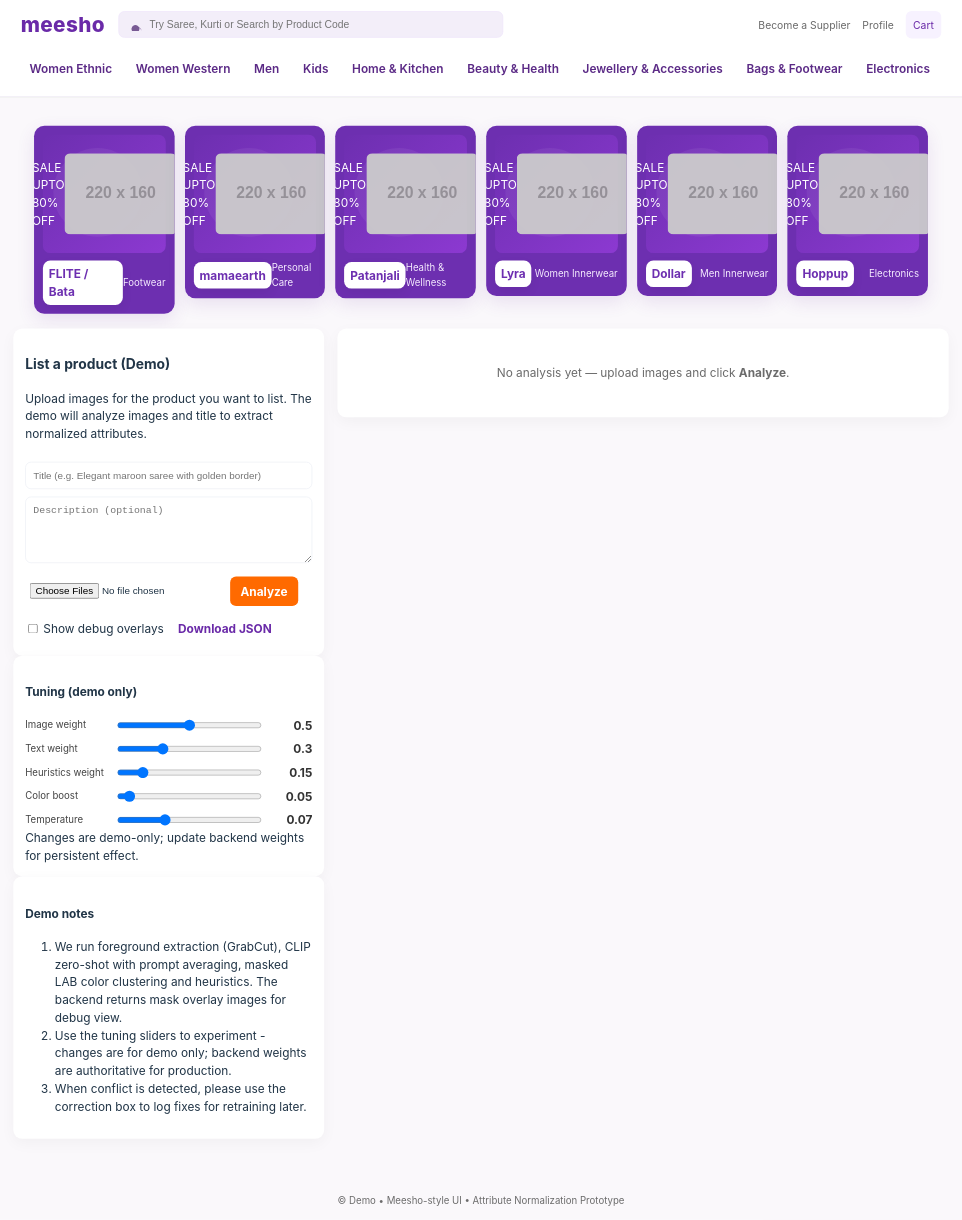
Repository: mazerunner1001/DICE-Hackathon--Semantic-Attribute-Normalization-with-Generative-AI-and-Seller-Feedback-Loops
Page: / (app in frontend/)
The author's editor kept a copy of each file at every save. The page is drawn from the files as they stood at one save, then again after the next save.
The browser window is 1280 px wide. The page is 1300 px wide, then 1280 px, so the pictures cover 1300 px, including what lies to the right of the window. The pictures show the whole page, at 74% of full size.
The project was rebuilt for these pictures with package versions that can differ from the ones it lists, and the page was loaded fresh each time. Also part of the build but not shown: frontend/vite.config.js.

Above is the page before, as saved 2025-09-21 22:08:55.

### frontend/src/App.jsx
// src/App.jsx
import React, { useState, useEffect, useRef } from "react";
import axios from "axios";
import "./App.css";

/*
  Meesho-themed Demo Frontend
  - Upload images + title/description
  - Sends to backend /analyze
  - Displays per-image mask overlay + attributes
  - Allows corrections to be submitted to /correct
  - Tuning sliders for weights and temperature (sends only to UI; edit backend to use)
*/

function PriceTag() {
  return <div className="sale-tag">SALE<br/><span>UPTO 80% OFF</span></div>;
}

function Header({ search, setSearch }) {
  return (
    <header className="mh-header">
      <div className="mh-topbar">
        <div className="mh-logo">meesho</div>
        <div className="mh-search">
          <svg width="18" height="18" viewBox="0 0 24 24" className="search-icon"><path fill="#6b4b8a" d="M21 20l-5.6-5.6A7.5 7.5 0 1 0 18.5 18.5L24 24z"></path></svg>
          <input
            value={search}
            onChange={(e) => setSearch(e.target.value)}
            placeholder="Try Saree, Kurti or Search by Product Code"
          />
        </div>
        <div className="mh-actions">
          <div className="link">Become a Supplier</div>
          <div className="link">Profile</div>
          <div className="cart">Cart</div>
        </div>
      </div>

      <nav className="mh-nav">
        <div className="nav-scroll">
          {["Women Ethnic","Women Western","Men","Kids","Home & Kitchen","Beauty & Health","Jewellery & Accessories","Bags & Footwear","Electronics"].map((c) => (
            <button key={c} className="nav-chip">{c}</button>
          ))}
        </div>
      </nav>
    </header>
  );
}

function CategoryCarousel() {
  // static demo tiles (visual flair)
  const tiles = [
    { title: "Footwear", brand: "FLITE / Bata" },
    { title: "Personal Care", brand: "mamaearth" },
    { title: "Health & Wellness", brand: "Patanjali" },
    { title: "Women Innerwear", brand: "Lyra" },
    { title: "Men Innerwear", brand: "Dollar" },
    { title: "Electronics", brand: "Hoppup" }
  ];
  return (
    <div className="carousel">
      {tiles.map((t,i)=>(
        <div className="carousel-card" key={i}>
          <div className="carousel-art">
            <PriceTag />
            <div className="hero-circle" />
            <img alt={t.title} src={`https://via.placeholder.com/220x160.png?text=${encodeURIComponent(t.title)}`} />
          </div>
          <div className="carousel-footer">
            <div className="brand-pill">{t.brand}</div>
            <div className="cat-text">{t.title}</div>
          </div>
        </div>
      ))}
    </div>
  );
}

function TuningPanel({ weights, setWeights, temperature, setTemperature }) {
  return (
    <div className="tuning card">
      <h4>Tuning (demo only)</h4>
      <div className="tuning-row">
        <label>Image weight</label>
        <input type="range" min="0" max="1" step="0.01" value={weights.img} onChange={e=>setWeights({...weights, img: parseFloat(e.target.value)})}/>
        <div className="tval">{weights.img}</div>
      </div>
      <div className="tuning-row">
        <label>Text weight</label>
        <input type="range" min="0" max="1" step="0.01" value={weights.text} onChange={e=>setWeights({...weights, text: parseFloat(e.target.value)})}/>
        <div className="tval">{weights.text}</div>
      </div>
      <div className="tuning-row">
        <label>Heuristics weight</label>
        <input type="range" min="0" max="1" step="0.01" value={weights.heur} onChange={e=>setWeights({...weights, heur: parseFloat(e.target.value)})}/>
        <div className="tval">{weights.heur}</div>
      </div>
      <div className="tuning-row">
        <label>Color boost</label>
        <input type="range" min="0" max="1" step="0.01" value={weights.color} onChange={e=>setWeights({...weights, color: parseFloat(e.target.value)})}/>
        <div className="tval">{weights.color}</div>
      </div>
      <div className="tuning-row">
        <label>Temperature</label>
        <input type="range" min="0.01" max="0.2" step="0.01" value={temperature} onChange={e=>setTemperature(parseFloat(e.target.value))}/>
        <div className="tval">{temperature}</div>
      </div>
      <div className="hint">Changes are demo-only; update backend weights for persistent effect.</div>
    </div>
  );
}

export default function App() {
  const [search, setSearch] = useState("");
  const [title, setTitle] = useState("");
  const [desc, setDesc] = useState("");
  const [files, setFiles] = useState([]);
  const [previews, setPreviews] = useState([]);
  const [resp, setResp] = useState(null);
  const [loading, setLoading] = useState(false);
  const [weights, setWeights] = useState({img:0.5, text:0.3, heur:0.15, color:0.05});
  const [temperature, setTemperature] = useState(0.07);
  const [correctionSelection, setCorrectionSelection] = useState("");
  const [debugMode, setDebugMode] = useState(false);
  const [errorMsg, setErrorMsg] = useState("");
  const previewRef = useRef([]);

  useEffect(() => {
    return () => {
      // revoke object URLs on unmount
      previews.forEach(u => URL.revokeObjectURL(u));
    };
  }, [previews]);

  function handleFiles(e) {
    const f = Array.from(e.target.files).slice(0,6); // limit demo to 6 images
    setFiles(f);
    const urls = f.map(file => URL.createObjectURL(file));
    setPreviews(urls);
  }

  async function handleAnalyze() {
    if (!title && !desc) { setErrorMsg("Add a title or description for better text signals"); }
    if (files.length === 0) { alert("Please upload at least one image"); return; }
    setLoading(true); setResp(null); setErrorMsg("");
    const fd = new FormData();
    fd.append("title", title);
    fd.append("description", desc);
    files.forEach(f => fd.append("files", f, f.name));
    // optional: include tuning params to suggest backend use them (backend must accept)
    fd.append("temperature", temperature);
    fd.append("weights", JSON.stringify(weights));
    try {
      const r = await axios.post("http://localhost:8000/analyze", fd, { headers: {"Content-Type":"multipart/form-data"}, timeout: 180000 });
      setResp(r.data);
      setCorrectionSelection(r.data.final_category?.value || "");
    } catch (err) {
      console.error(err);
      setErrorMsg("Analysis failed: " + (err.response?.data || err.message));
    } finally { setLoading(false); }
  }

  async function submitCorrection() {
    if (!correctionSelection) { alert("Select a category to correct"); return; }
    const fd = new FormData();
    fd.append("original_title", title || "");
    fd.append("corrected_category", correctionSelection);
    fd.append("notes", "Corrected via demo UI");
    fd.append("filename", files[0]?.name || "");
    try {
      await axios.post("http://localhost:8000/correct", fd);
      alert("Correction logged. Thank you!");
    } catch (err) {
      console.error(err);
      alert("Failed to submit correction");
    }
  }

  function downloadJson() {
    if (!resp) return;
    const blob = new Blob([JSON.stringify(resp, null, 2)], {type: "application/json"});
    const url = URL.createObjectURL(blob);
    const a = document.createElement("a");
    a.href = url; a.download = "analysis_result.json"; a.click();
    URL.revokeObjectURL(url);
  }

  return (
    <div className="app">
      <Header search={search} setSearch={setSearch} />
      <main className="main">
        <CategoryCarousel />
        <div className="layout">
          <div className="left-col">
            <section className="card upload-card">
              <h3>List a product (Demo)</h3>
              <p className="muted">Upload images for the product you want to list. The demo will analyze images and title to extract normalized attributes.</p>
              <input type="text" placeholder="Title (e.g. Elegant maroon saree with golden border)" value={title} onChange={e=>setTitle(e.target.value)} />
              <textarea placeholder="Description (optional)" value={desc} onChange={e=>setDesc(e.target.value)} />
              <div className="file-row">
                <input type="file" accept="image/*" multiple onChange={handleFiles} />
                <button className="primary" onClick={handleAnalyze} disabled={loading}>{loading ? "Analyzing…" : "Analyze"}</button>
              </div>
              <div className="thumbs-grid">
                {previews.map((u,i)=>(
                  <div className="thumb-wrap" key={i}>
                    <img src={u} alt={"preview-"+i} className="thumb" />
                    <div className="thumb-meta">{files[i]?.name}</div>
                  </div>
                ))}
              </div>

              <div className="small-row">
                <label className="small-label"><input type="checkbox" checked={debugMode} onChange={e=>setDebugMode(e.target.checked)} /> Show debug overlays</label>
                <button className="link-btn" onClick={downloadJson} disabled={!resp}>Download JSON</button>
              </div>

              {errorMsg && <div className="error">{errorMsg}</div>}
            </section>

            <TuningPanel weights={weights} setWeights={setWeights} temperature={temperature} setTemperature={setTemperature} />

            <section className="card help">
              <h4>Demo notes</h4>
              <ol>
                <li>We run foreground extraction (GrabCut), CLIP zero-shot with prompt averaging, masked LAB color clustering and heuristics. The backend returns mask overlay images for debug view.</li>
                <li>Use the tuning sliders to experiment - changes are for demo only; backend weights are authoritative for production.</li>
                <li>When conflict is detected, please use the correction box to log fixes for retraining later.</li>
              </ol>
            </section>
          </div>

          <div className="right-col">
            {!resp && <div className="card placeholder">No analysis yet — upload images and click <b>Analyze</b>.</div>}

            {resp && (
              <div className="card result">
                <div className="result-head">
                  <div>
                    <h3 className="final-cat">{resp.final_category.value}</h3>
                    <div className="meta">Confidence: {(resp.final_category.confidence*100).toFixed(1)}% • Text top: {resp.final_category.top_from_text} ({(resp.final_category.text_score*100).toFixed(1)}%)</div>
                  </div>
                  <div>
                    <button className="primary" onClick={downloadJson}>Download JSON</button>
                  </div>
                </div>

                {resp.conflict_flag && <div className="conflict-flag">⚠️ Conflict detected between image & text. Suggest correction below.</div>}

                <div className="labels-row">
                  <h4>Top Predictions</h4>
                  <div className="label-strip">
                    {resp.per_label.slice(0,8).map(([l, s], idx) => (
                      <div key={idx} className="label-pill">
                        <div className="lp-name">{l}</div>
                        <div className="lp-score">{(s*100).toFixed(1)}%</div>
                      </div>
                    ))}
                  </div>
                </div>

                <div className="images-results">
                  {resp.images.map((img,i)=>(
                    <div key={i} className="img-result-card">
                      <div className="img-left">
                        <div className="img-stack">
                          <img src={previews[i]} alt={"orig-"+i} className="orig" />
                          {debugMode && <img src={img.mask_overlay} className="overlay" alt="overlay" />}
                          {!debugMode && <img src={img.mask_overlay} className="overlay blurred" alt="overlay" />}
                        </div>
                      </div>
                      <div className="img-right">
                        <div className="row">
                          <div className="col">
                            <strong>Top image labels</strong>
                            {img.category_probs.slice(0,4).map((p, k)=>(
                              <div key={k} className="prob"><span className="pname">{p[0]}</span> <span className="pscore">{(p[1]*100).toFixed(1)}%</span></div>
                            ))}
                          </div>
                          <div className="col">
                            <strong>Colors (masked)</strong>
                            <div className="color-chip-row">
                              {img.colors.map((c, idx)=>(
                                <div key={idx} className="color-chip">
                                  <div className="color-swatch" style={{background:`rgb(${c.rgb[0]},${c.rgb[1]},${c.rgb[2]})`}} />
                                  <div className="color-meta"><div className="cname">{c.mapped_color}</div><div className="cconf">{(c.confidence*100).toFixed(0)}%</div></div>
                                </div>
                              ))}
                            </div>
                          </div>
                        </div>

                        <div className="row heur">
                          <div><strong>Heuristics</strong></div>
                          <div className="heur-list">
                            {Object.entries(img.heuristics).slice(0,4).map(([k,v], idx)=>(<div key={idx} className="heur-item">{k}: {(v*100).toFixed(0)}%</div>))}
                          </div>
                        </div>

                        <div className="row actions">
                          <button className="secondary" onClick={()=>{ navigator.clipboard.writeText(JSON.stringify(img, null, 2)); alert("Image JSON copied"); }}>Copy image JSON</button>
                        </div>

                      </div>
                    </div>
                  ))}
                </div>

                {resp.conflict_flag && (
                  <div className="correction-box">
                    <h4>Seller Correction</h4>
                    <div className="corr-row">
                      <select value={correctionSelection} onChange={(e)=>setCorrectionSelection(e.target.value)}>
                        {["saree","lehenga","kurti","jeans","t-shirt","dress","blouse","jacket","men's accessory"].map(c=> <option key={c} value={c}>{c}</option>)}
                      </select>
                      <button className="primary" onClick={submitCorrection}>Submit Correction</button>
                    </div>
                  </div>
                )}

                <details className="json-details"><summary>Raw JSON</summary><pre>{JSON.stringify(resp, null, 2)}</pre></details>
              </div>
            )}
          </div>
        </div>
      </main>

      <footer className="footer">
        <div>© Demo • Meesho-style UI • Attribute Normalization Prototype</div>
      </footer>
    </div>
  );
}

### frontend/src/App.css
/* src/App.css - Meesho-like visual theme & layout */

/* Basic resets */
* { box-sizing: border-box; }
html,body,#root { height:100%; margin:0; font-family: Inter, "Segoe UI", Roboto, Arial, sans-serif; }
.app { min-height:100vh; display:flex; flex-direction:column; background:#faf8fb; }

/* Header */
.mh-header { background: #ffffff; border-bottom: 1px solid #eee; position:sticky; top:0; z-index:30; }
.mh-topbar { display:flex; align-items:center; gap:18px; padding:12px 28px; }
.mh-logo { color:#6a2aa8; font-weight:800; font-size:28px; letter-spacing:0.5px; }
.mh-search { display:flex; align-items:center; gap:8px; background:#f3eef9; padding:8px 12px; border-radius:8px; width:520px; border:1px solid #efe6fb; }
.mh-search input { border:none; outline:none; background:transparent; width:100%; color:#4a245d; font-size:14px; }
.search-icon { margin-left:2px; opacity:0.9; }
.mh-actions { margin-left:auto; display:flex; gap:16px; align-items:center; color:#6b6b6b; font-size:14px; }
.mh-actions .cart { background:#f7f2ff; color:#6a2aa8; padding:8px 10px; border-radius:8px; }

/* nav chip row */
.mh-nav { padding:8px 28px 14px 28px; background:linear-gradient(180deg, #fff, #fff); border-bottom: 1px solid #f0edf6; }
.nav-scroll { display:flex; gap:8px; overflow-x:auto; padding-bottom:6px; }
.nav-chip { background:transparent; border:none; padding:8px 12px; border-radius:18px; color:#5b2a86; font-weight:600; cursor:pointer; }

/* Carousel (purple tiles) */
.carousel { display:flex; gap:14px; padding:20px 28px; overflow-x:auto; align-items:flex-start; }
.carousel-card { width:220px; background:#6d2fb0; color:white; border-radius:14px; padding:12px; box-shadow: 0 8px 24px rgba(105,48,154,0.12); position:relative; overflow:hidden; }
.carousel-art { height:160px; position:relative; display:flex; align-items:center; justify-content:center; border-radius:10px; background:linear-gradient(135deg,#6d2fb0,#8c39d1); }
.carousel-art img { width:160px; height:110px; object-fit:cover; border-radius:8px; opacity:0.95; }
.hero-circle { position:absolute; width:120px; height:120px; border-radius:50%; background: rgba(255,255,255,0.06); left:14px; top:18px; transform:rotate(12deg); }
.carousel-footer { margin-top:10px; display:flex; justify-content:space-between; align-items:center; }
.brand-pill { background:white; color:#6d2fb0; padding:6px 8px; border-radius:10px; font-weight:700; box-shadow: 0 6px 16px rgba(0,0,0,0.06); }
.cat-text { font-size:13px; color:#f6ecff; }

/* main layout */
.main { width:100%; max-width:1300px; margin:18px auto; padding:0 18px 40px; }
.layout { display:grid; grid-template-columns: 420px 1fr; gap:18px; align-items:start; }

/* cards */
.card { background:white; border-radius:12px; padding:16px; box-shadow:0 6px 20px rgba(18,18,18,0.04); }
.upload-card input[type="text"], .upload-card textarea, .upload-card select { width:100%; padding:10px; border-radius:8px; border:1px solid #eef0f6; margin-top:10px; }
.upload-card textarea { min-height:90px; resize:vertical; }
.file-row { display:flex; gap:12px; align-items:center; margin-top:12px; }
.file-row input[type="file"] { padding:6px; }
.primary { background:#ff6a00; color:white; border:none; padding:10px 14px; border-radius:8px; cursor:pointer; font-weight:700; }
.secondary { background:#fff; color:#6b4b8a; border:1px solid #eee; padding:8px 12px; border-radius:8px; cursor:pointer; }
.link-btn { background:transparent; border:none; color:#6a2aa8; cursor:pointer; font-weight:700; }

/* thumbs */
.thumbs-grid { display:flex; gap:10px; margin-top:12px; flex-wrap:wrap; }
.thumb-wrap { width:96px; }
.thumb { width:96px; height:96px; object-fit:cover; border-radius:8px; border:1px solid #f0eff6; }

/* tuning panel */
.tuning .tuning-row { display:flex; align-items:center; gap:12px; margin-top:8px; }
.tuning-row label { width:110px; font-size:13px; color:#444; }
.tuning-row input[type="range"] { flex:1; }
.tval { width:54px; text-align:right; font-weight:700; color:#333; }

/* result column */
.right-col .placeholder { padding:48px; text-align:center; color:#6b6b6b; }
.result { padding:18px; }
.result-head { display:flex; justify-content:space-between; align-items:center; gap:12px; }
.final-cat { color:#6a2aa8; margin:0; text-transform:capitalize; }
.per-labels { margin-top:10px; }
.label-strip { display:flex; gap:10px; margin-top:6px; flex-wrap:wrap; }
.label-pill { background:#fff6fb; border:1px solid #f1e6fa; padding:6px 12px; border-radius:999px; display:flex; gap:12px; align-items:center; }
.lp-name { color:#6a2aa8; font-weight:700; text-transform:capitalize; }
.lp-score { background:#fff; border-radius:6px; padding:4px 6px; color:#6a2aa8; font-weight:700; }

/* images results */
.images-results { margin-top:12px; display:flex; flex-direction:column; gap:12px; }
.img-result-card { display:flex; gap:12px; padding:8px; border-radius:10px; border:1px solid #f4f2f6; }
.img-left { width:320px; flex-shrink:0; }
.img-stack { position:relative; width:320px; height:220px; overflow:hidden; border-radius:8px; background:#fafafa; }
.img-stack img.orig { width:100%; height:100%; object-fit:cover; display:block; }
.img-stack img.overlay { position:absolute; left:0; top:0; width:100%; height:100%; object-fit:cover; mix-blend-mode:overlay; opacity:0.95; pointer-events:none; }
.img-stack img.blurred { filter: blur(2px) brightness(0.9); opacity:0.28; }

.img-right { flex:1; display:flex; flex-direction:column; gap:8px; }
.img-right .row { display:flex; gap:12px; }
.col { flex:1; }
.prob { display:flex; justify-content:space-between; padding:6px 0; border-bottom:1px dashed #f5f3f7; font-size:13px; }
.color-chip-row { display:flex; gap:10px; margin-top:8px; flex-wrap:wrap; }
.color-chip { display:flex; align-items:center; gap:10px; background:#fff; padding:6px 8px; border-radius:8px; border:1px solid #f4f2f6; }
.color-swatch { width:34px; height:24px; border-radius:6px; border:1px solid rgba(0,0,0,0.06); }
.cname { font-weight:700; color:#333; }
.cconf { color:#777; font-size:12px; margin-left:6px; }

/* heuristics & actions */
.heur { margin-top:6px; }
.heur-list { display:flex; gap:10px; flex-wrap:wrap; margin-top:6px; }
.heur-item { background:#fbfbff; padding:6px 8px; border-radius:6px; font-size:13px; color:#6a2aa8; }

/* conflict and correction */
.conflict-flag { background:#fff4e6; color:#9a3e00; padding:8px; border-radius:8px; margin-top:12px; border-left:4px solid #ff7a00; }
.correction-box { margin-top:12px; display:flex; gap:12px; align-items:center; }
.corr-row select { padding:10px; border-radius:8px; border:1px solid #eef0f6; }
.corr-row button { padding:10px 12px; }

.json-details pre { max-height:280px; overflow:auto; background:#0f1724; color:#e6eef8; padding:10px; border-radius:8px; }

/* footer */
.footer { margin-top:auto; padding:16px 28px; color:#6b6b6b; font-size:13px; text-align:center; }

/* responsive */
@media (max-width: 980px) {
  .layout { grid-template-columns: 1fr; }
  .img-left { width:100%; }
  .img-stack { height:200px; }
  .mh-search { width:320px; }
}

Loaded but not shown: frontend/index.html (common file); frontend/src/main.jsx (common file); frontend/src/index.css (common file)

After the next save:
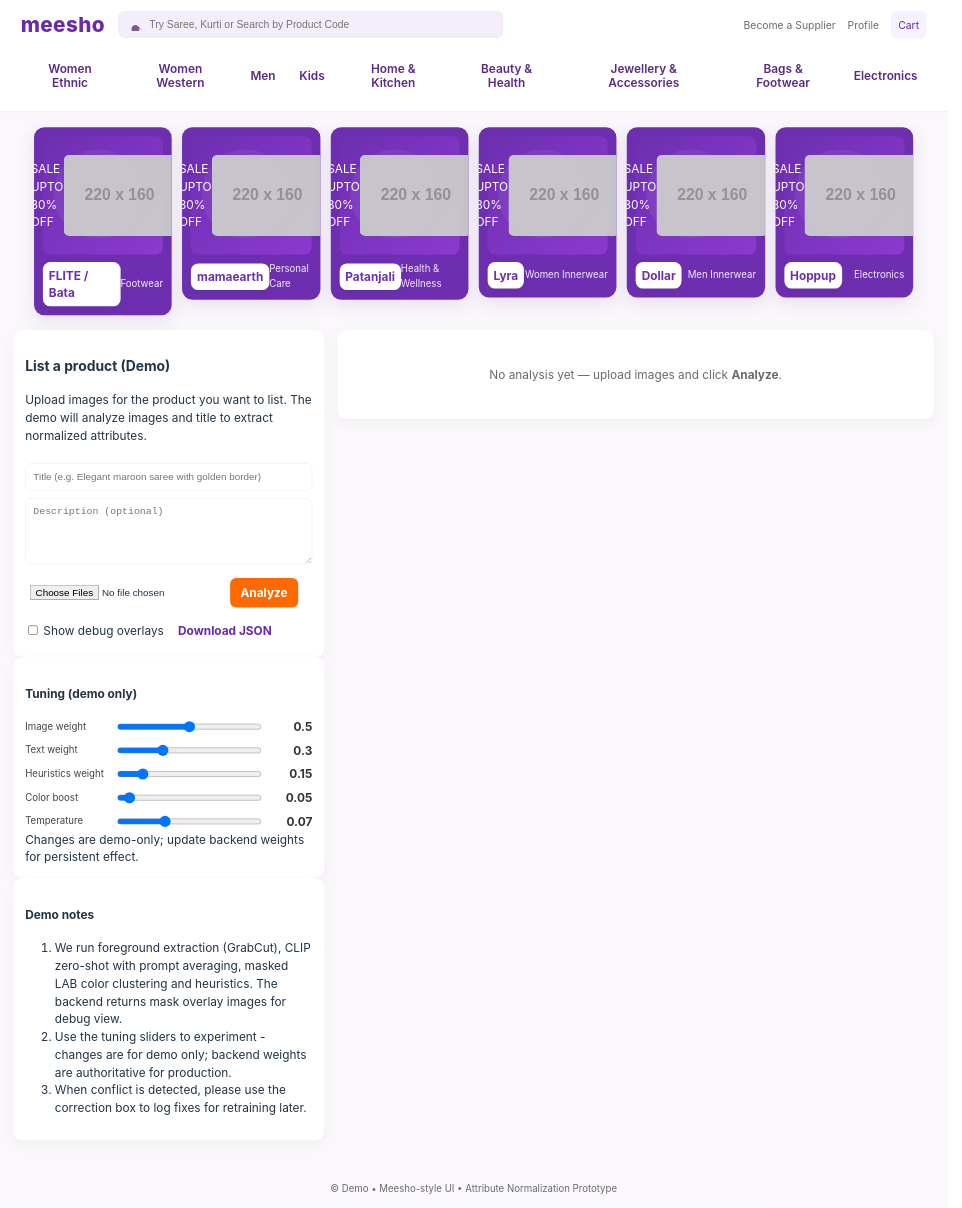
Saved 84 s later.
--- a/frontend/src/App.css
+++ b/frontend/src/App.css
@@ -31,7 +31,7 @@
 .cat-text { font-size:13px; color:#f6ecff; }
 
 /* main layout */
-.main { width:100%; max-width:1300px; margin:18px auto; padding:0 18px 40px; }
+.main { width:100vw; padding:0 18px 40px; }
 .layout { display:grid; grid-template-columns: 420px 1fr; gap:18px; align-items:start; }
 
 /* cards */
